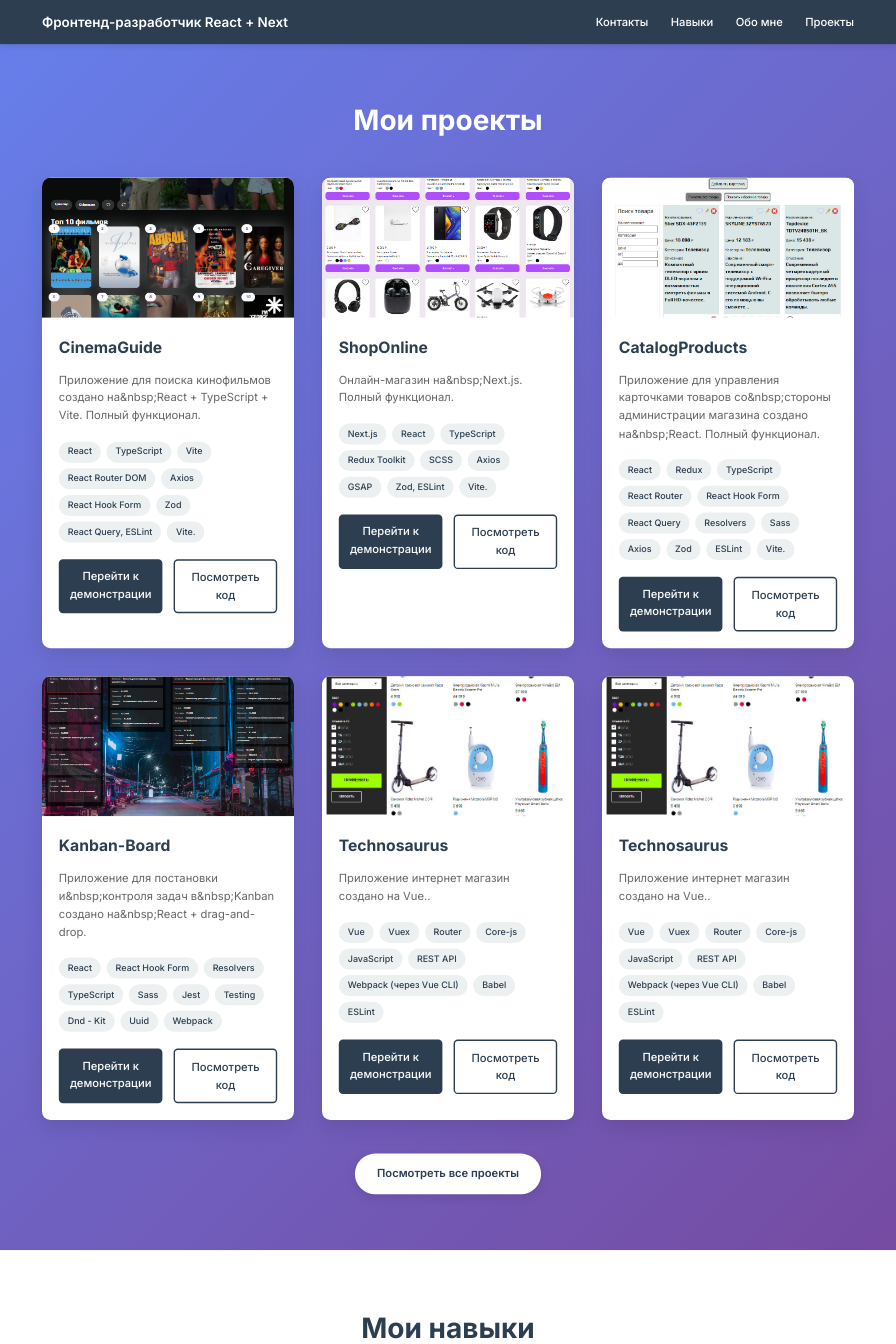
Repository: RostislavZeberg/resume-app
Page: /
The author's editor kept a copy of each file at every save. The page is drawn from the files as they stood at one save, then again after the next save.
The browser window is 1280 px wide. The pictures show the part of the page from y = 0 to 1920 px (the page is 4342 px tall), at 70% of full size.
The project was rebuilt for these pictures with package versions that can differ from the ones it lists, and the page was loaded fresh each time. The framework's server and built-in components were replaced by stand-ins that run in the browser. Also part of the build but not shown: next.config.ts.

Above is the page before, as saved 2025-09-18 19:14:15.

### pages/_app.tsx
import type { AppProps } from 'next/app';
import '../styles/globals.scss';
import Head from 'next/head';

function MyApp({ Component, pageProps }: AppProps) {
  return (
    <>
      <Head>
        <meta name="viewport" content="width=device-width, initial-scale=1" />
        <meta name="theme-color" content="#2c3e50" />
        <meta name="description" content="Резюме фронтенд-разработчика React с 5+ годами опыта. Специализация: React, TypeScript, Next.js, Redux Toolkit." />
        <meta name="keywords" content="React, TypeScript, Next.js, фронтенд-разработчик, резюме" />
        <meta property="og:title" content="Фронтенд-разработчик React" />
        <meta property="og:description" content="Резюме фронтенд-разработчика React с 5+ годами опыта" />
        <meta property="og:type" content="website" />
        <link rel="icon" href="/favicon.ico" />
      </Head>
      <Component {...pageProps} />
    </>
  );
}

export default MyApp;

### pages/_document.tsx
import { Html, Head, Main, NextScript } from 'next/document';

export default function Document() {
  return (
    <Html lang="ru">
      <Head>
        <link rel="preconnect" href="https://fonts.googleapis.com" />
        <link rel="preconnect" href="https://fonts.gstatic.com" crossOrigin="anonymous" />
        <link href="https://fonts.googleapis.com/css2?family=Inter:wght@300;400;500;600;700&display=swap" rel="stylesheet" />

        {/* Фавикон */}
        <link rel="icon" href="/favicon.ico" sizes="any" />
        <link rel="icon" href="/favicon.svg" type="image/svg+xml" />
        <link rel="apple-touch-icon" href="/apple-touch-icon.png" />
        <link rel="manifest" href="/manifest.webmanifest" />

        {/* Мета-теги */}
        <meta name="theme-color" content="#2c3e50" />
        <meta name="description" content="Резюме фронтенд-разработчика React с 5+ годами опыта. Специализация: React, TypeScript, Next.js, Redux Toolkit." />
        <meta name="keywords" content="React, TypeScript, Next.js, фронтенд-разработчик, резюме" />
      </Head>
      <body>
        <Main />
        <NextScript />
      </body>
    </Html>
  );
}

### pages/index.tsx
import Head from 'next/head';
import { NextPage } from 'next';
import Contacts from '../components/Sections/Contacts';
import Skills from '../components/Sections/Skills';
import About from '../components/Sections/About';
import Projects from '../components/Sections/Projects';
import Header from '../components/Layout/Header';

const Home: NextPage = () => {
  return (
    <>
      <Head>
        <title>Фронтенд-разработчик React | Резюме</title>
        <meta name="description" content="Резюме фронтенд-разработчика React с 5+ годами опыта. Специализация: React, TypeScript, Next.js, Redux Toolkit." />
        <meta name="keywords" content="React, TypeScript, Next.js, фронтенд-разработчик, резюме" />
        <meta property="og:title" content="Фронтенд-разработчик React" />
        <meta property="og:description" content="Резюме фронтенд-разработчика React с 5+ годами опыта" />
        <meta property="og:type" content="website" />
        <link rel="icon" href="/favicon.ico" />
      </Head>

      <Header />
      <main>
        <Projects />
        <Skills />
        <About />
        <Contacts />
      </main>
    </>
  );
};

export default Home;

### styles/globals.scss
// Переменные и миксины
@import './variables.scss';
@import './mixins';

// Глобальные стили
* {
  box-sizing: border-box;
  margin: 0;
  padding: 0;
}

html {
  scroll-behavior: smooth;
  scroll-padding-top: 60px;
}

body {
  font-family: 'Inter', 'Arial', sans-serif;
  line-height: 1.6;
  color: $text-color;
  background-color: $background-color;
  padding-top: 60px;
}

.container {
  max-width: 1200px;
  margin: 0 auto;
  padding: 0 20px;
}

section {
  padding: 80px 0;

  h2 {
    text-align: center;
    margin-bottom: 50px;
    font-size: 2.5rem;
    color: $primary-color;
  }
}

// Анимации
@keyframes fadeIn {
  from {
    opacity: 0;
    transform: translateY(20px);
  }
  to {
    opacity: 1;
    transform: translateY(0);
  }
}

.fade-in {
  animation: fadeIn 0.6s ease forwards;
}

// Адаптивность
@include desktop {
  .container {
    max-width: 1200px;
  }
}

@include tablet {
  .container {
    max-width: 100%;
    padding: 0 15px;
  }

  section {
    padding: 60px 0;

    h2 {
      font-size: 2rem;
      margin-bottom: 40px;
    }
  }
}

@include mobile {
  .container {
    padding: 0 10px;
  }

  section {
    padding: 40px 0;

    h2 {
      font-size: 1.8rem;
      margin-bottom: 30px;
    }
  }
}

### components/Sections/Contacts.tsx
import React from 'react';
import Icon from '../UI/Icon';
import styles from '../../styles/sections/contacts.module.scss';
import { contacts } from '@/info/contacts';

const Contacts: React.FC = () => {

  return (
    <section id="contacts" className={styles.contacts}>
      <div className="container">
        <h2>Контакты</h2>
        <div className={styles.contactsGrid}>
          {contacts.map((contact, index) => (
            <a
              key={index}
              href={contact.href}
              className={styles.contactItem}
              target="_blank"
              rel="noopener noreferrer"
            >
              <Icon name={contact.icon} className={styles.contactIcon} />
              <span>{contact.text}</span>
            </a>
          ))}
        </div>
      </div>
    </section>
  );
};

export default Contacts;

### components/Sections/Skills.tsx
import React from 'react';
import styles from '../../styles/sections/skills.module.scss';

const Skills: React.FC = () => {
  const skillCategories = [
    {
      title: 'Основные технологии',
      skills: ['React', 'Redux', 'Redux Toolkit', 'TypeScript', 'Next.js', 'Sass/SCSS']
    },
    {
      title: 'Сборка и инструменты',
      skills: ['Vite', 'Webpack', 'Parcel', 'Gulp', 'Git', 'GitHub']
    },
    {
      title: 'Тестирование',
      skills: ['Unit-тестирование', 'Jest', 'React Testing Library']
    },
    {
      title: 'Дополнительные навыки',
      skills: ['HTTP/REST', 'ООП', 'DRY/KISS', 'WordPress', 'Vue.js', 'SQL', 'Python', 'Docker', 'Linux']
    },
    {
      title: 'Языки',
      skills: ['Английский (B1)']
    }
  ];

  return (
    <section id="skills" className={styles.skills}>
      <div className="container">
        <h2>Мои навыки</h2>
        <div className={styles.skillsGrid}>
          {skillCategories.map((category, index) => (
            <div key={index} className={styles.skillCategory}>
              <h3>{category.title}</h3>
              <ul>
                {category.skills.map((skill, i) => (
                  <li key={i}>{skill}</li>
                ))}
              </ul>
            </div>
          ))}
        </div>
      </div>
    </section>
  );
};

export default Skills;

### components/Sections/Projects.tsx
import React from 'react';
import ProjectCard from '../UI/ProjectCard';
import styles from '../../styles/sections/projects.module.scss';
import { projects } from '@/info/projects';

const Projects: React.FC = () => {
  return (
    <section id="projects" className={styles.projects}>
      <div className="container">
        <h2>Мои проекты</h2>
        <div className={styles.projectsGrid}>
          {projects.map((project, index) => (
            <ProjectCard key={index} project={project} />
          ))}
        </div>
        <div className={styles.viewAll}>
          <a
            href="https://github.com/RostislavZeberg?tab=repositories"
            className={styles.viewAllButton}
            target="_blank"
            rel="noopener noreferrer"
          >
            Посмотреть все проекты
          </a>
        </div>
      </div>
    </section>
  );
};

export default Projects;

### components/Layout/Header.tsx
import React, { useState } from 'react';
import Link from 'next/link';
import styles from '../../styles/layout/header.module.scss';

const Header: React.FC = () => {
  const [isMenuOpen, setIsMenuOpen] = useState(false);

  const toggleMenu = () => {
    setIsMenuOpen(!isMenuOpen);
  };

  return (
    <header className={styles.header}>
      <div className="container">
        <nav className={styles.nav}>
          <div className={styles.logo}>
            <Link href="/">Фронтенд-разработчик React + Next</Link>
          </div>

          <button
            className={`${styles.menuToggle} ${isMenuOpen ? styles.active : ''}`}
            onClick={toggleMenu}
            aria-label="Меню"
          >
            <span></span>
            <span></span>
            <span></span>
          </button>

          <ul className={`${styles.navList} ${isMenuOpen ? styles.active : ''}`}>
            <li><a href="#contacts" onClick={() => setIsMenuOpen(false)}>Контакты</a></li>
            <li><a href="#skills" onClick={() => setIsMenuOpen(false)}>Навыки</a></li>
            <li><a href="#about" onClick={() => setIsMenuOpen(false)}>Обо мне</a></li>
            <li><a href="#projects" onClick={() => setIsMenuOpen(false)}>Проекты</a></li>
          </ul>
        </nav>
      </div>
    </header>
  );
};

export default Header;

### styles/variables.scss
// Цвета
$primary-color: #2c3e50;
$secondary-color: #3498db;
$accent-color: #e74c3c;
$background-color: #f9f9f9;
$text-color: #333;
$light-gray: #ecf0f1;

// Breakpoints
$desktop: 1280px;
$tablet: 1024px;
$small-tablet: 768px;
$mobile: 320px;

### styles/mixins.scss
@mixin desktop {
  @media (min-width: #{$desktop}) {
    @content;
  }
}

@mixin tablet {
  @media (min-width: #{$small-tablet}) and (max-width: #{$tablet}) {
    @content;
  }
}

@mixin small-tablet {
  @media (min-width: #{$mobile}) and (max-width: #{$small-tablet - 1px}) {
    @content;
  }
}

@mixin mobile {
  @media (max-width: #{$mobile}) {
    @content;
  }
}

@mixin flex-center {
  display: flex;
  justify-content: center;
  align-items: center;
}

@mixin card-shadow {
  box-shadow: 0 4px 6px rgba(0, 0, 0, 0.1);
  transition: box-shadow 0.3s ease;

  &:hover {
    box-shadow: 0 10px 20px rgba(0, 0, 0, 0.15);
  }
}

### components/UI/Icon.tsx
import React from 'react';
import Image from 'next/image';

interface IconProps {
  name: string;
  className?: string;
  width?: number;
  height?: number;
}

const Icon: React.FC<IconProps> = ({ name, className = '', width = 24, height = 24 }) => {
  return (
    <Image
      src={`/icons/${name}.svg`}
      alt={`${name} icon`}
      width={width}
      height={height}
      className={className}
    />
  );
};

export default Icon;

### styles/sections/contacts.module.scss
@import '../variables';
@import '../mixins';

.contacts {
  background: linear-gradient(135deg, #f5f7fa 0%, #c3cfe2 100%);
  padding: 100px 0;
}

.contactsGrid {
  display: grid;
  grid-template-columns: repeat(auto-fit, minmax(250px, 1fr));
  gap: 2rem;
  margin-top: 3rem;
}

.contactItem {
  display: flex;
  flex-direction: column;
  align-items: center;
  justify-content: center;
  background: white;
  padding: 2rem;
  border-radius: 12px;
  box-shadow: 0 10px 30px rgba(0, 0, 0, 0.1);
  transition: all 0.3s ease;
  text-decoration: none;
  color: $text-color;

  &:hover {
    transform: translateY(-5px);
    box-shadow: 0 15px 40px rgba(0, 0, 0, 0.15);

    .contactIcon {
      transform: scale(1.1);
    }
  }
}

.contactIcon {
  width: 60px;
  height: 60px;
  margin-bottom: 1rem;
  transition: transform 0.3s ease;
}

// Адаптивность
@include tablet {
  .contactsGrid {
    grid-template-columns: repeat(2, 1fr);
    gap: 1.5rem;
  }
}

@include small-tablet {
  .contactsGrid {
    grid-template-columns: 1fr;
    gap: 1rem;
  }

  .contactItem {
    padding: 1.5rem;
  }
}

@include mobile {
  .contacts {
    padding: 80px 0;
  }

  .contactIcon {
    width: 50px;
    height: 50px;
  }
}

### info/contacts.ts
export const contacts = [
  { icon: 'email', text: 'zeberg@bk.ru', href: 'mailto:zeberg@bk.ru' },
  { icon: 'phone', text: '+7(960)-552-4171', href: 'tel:+79605524171' },
  { icon: 'telegram', text: '@zeberg_jaguar', href: 'https://t.me/zeberg_jaguar' },
  { icon: 'github', text: 'GitHub', href: 'https://github.com/RostislavZeberg?tab=repositories' }
];

### styles/sections/skills.module.scss
@import '../variables';
@import '../mixins';

.skills {
  background-color: white;
}

.skillsGrid {
  display: grid;
  grid-template-columns: repeat(auto-fit, minmax(300px, 1fr));
  gap: 2rem;
}

.skillCategory {
  background: $light-gray;
  padding: 2rem;
  border-radius: 12px;
  box-shadow: 0 5px 15px rgba(0, 0, 0, 0.05);

  h3 {
    color: $primary-color;
    margin-bottom: 1.5rem;
    font-size: 1.3rem;
    position: relative;
    padding-bottom: 0.5rem;

    &::after {
      content: '';
      position: absolute;
      bottom: 0;
      left: 0;
      width: 40px;
      height: 3px;
      background: $secondary-color;
    }
  }

  ul {
    list-style: none;
  }

  li {
    margin-bottom: 0.8rem;
    padding-left: 1.5rem;
    position: relative;

    &::before {
      content: '▹';
      position: absolute;
      left: 0;
      color: $secondary-color;
    }
  }
}

// Адаптивность
@include tablet {
  .skillsGrid {
    grid-template-columns: repeat(2, 1fr);
    gap: 1.5rem;
  }
}

@include small-tablet {
  .skillsGrid {
    grid-template-columns: 1fr;
    gap: 1rem;
  }

  .skillCategory {
    padding: 1.5rem;
  }
}

@include mobile {
  .skillCategory {
    padding: 1.2rem;

    h3 {
      font-size: 1.2rem;
    }
  }
}

### styles/sections/about.module.scss
@import '../variables';
@import '../mixins';

.about {
  background-color: $light-gray;
}

.aboutContent {
  max-width: 800px;
  margin: 0 auto;

  p {
    margin-bottom: 1.5rem;
    line-height: 1.8;
    text-align: justify;
  }
}

// Адаптивность
@include tablet {
  .aboutContent {
    padding: 0 1rem;
  }
}

@include mobile {
  .aboutContent p {
    text-align: left;
  }
}

### components/UI/ProjectCard.tsx
import React from 'react';
import Image from 'next/image';
import styles from '../../styles/ui/project-card.module.scss';

interface Project {
  name: string;
  description: string;
  demoLink: string;
  codeLink: string;
  technologies: string[];
}

interface ProjectCardProps {
  project: Project;
}

const ProjectCard: React.FC<ProjectCardProps> = ({ project }) => {
  return (
    <div className={styles.projectCard}>
      <div className={styles.projectImage}>
        <a href={project.demoLink} target="_blank" rel="noopener noreferrer">
          <Image
            src={`/images/projects/${project.name.toLowerCase()}.jpg`}
            alt={project.name}
            fill
            style={{ objectFit: 'cover' }}
            sizes="(max-width: 768px) 100vw, (max-width: 1200px) 50vw, 33vw"
          />
        </a>
      </div>
      <div className={styles.projectContent}>
        <h3>{project.name}</h3>
        <p>{project.description}</p>
        <div className={styles.technologies}>
          {project.technologies.map((tech, index) => (
            <span key={index} className={styles.techTag}>{tech}</span>
          ))}
        </div>
        <div className={styles.projectActions}>
          <a
            href={project.demoLink}
            className={styles.demoButton}
            target="_blank"
            rel="noopener noreferrer"
          >
            Перейти к демонстрации
          </a>
          <a
            href={project.codeLink}
            className={styles.codeButton}
            target="_blank"
            rel="noopener noreferrer"
          >
            Посмотреть код
          </a>
        </div>
      </div>
    </div>
  );
};

export default ProjectCard;

### styles/sections/projects.module.scss
@import '../variables';
@import '../mixins';

.projects {
  background: linear-gradient(135deg, #667eea 0%, #764ba2 100%);
  color: white;

  h2 {
    color: white;
  }
}

.projectsGrid {
  display: grid;
  grid-template-columns: repeat(auto-fit, minmax(350px, 1fr));
  gap: 2.5rem;
  margin-bottom: 3rem;
}

.viewAll {
  text-align: center;
  margin-top: 3rem;
}

.viewAllButton {
  display: inline-block;
  padding: 1rem 2rem;
  background: white;
  color: $primary-color;
  text-decoration: none;
  border-radius: 30px;
  font-weight: 600;
  transition: all 0.3s ease;
  box-shadow: 0 5px 15px rgba(0, 0, 0, 0.1);

  &:hover {
    transform: translateY(-3px);
    box-shadow: 0 10px 25px rgba(0, 0, 0, 0.2);
    background: $accent-color;
    color: white;
  }
}

// Адаптивность
@include tablet {
  .projectsGrid {
    grid-template-columns: repeat(2, 1fr);
    gap: 2rem;
  }
}

@include small-tablet {
  .projectsGrid {
    grid-template-columns: 1fr;
    gap: 1.5rem;
  }
}

@include mobile {
  .projectsGrid {
    grid-template-columns: 1fr;
    gap: 1.5rem;
  }

  .viewAllButton {
    padding: 0.8rem 1.5rem;
    font-size: 0.9rem;
  }
}

### info/projects.ts
export const projects = [
  {
    name: 'CinemaGuide',
    description: 'Приложение для поиска кинофильмов создано на&nbsp;React + TypeScript + Vite. Полный функционал.',
    demoLink: 'https://rostislavzeberg.github.io/CinemaGuide',
    codeLink: 'https://github.com/RostislavZeberg/CinemaGuide/tree/dev',
    technologies: ['React', 'TypeScript', 'Vite', 'React Router DOM', 'Axios', 'React Hook Form', 'Zod', 'React Query, ESLint', 'Vite.']
  },
  {
    name: 'ShopOnline',
    description: 'Онлайн-магазин на&nbsp;Next.js. Полный функционал.',
    demoLink: 'https://shop-online-omega.vercel.app/',
    codeLink: 'https://github.com/RostislavZeberg/ShopOnline',
    technologies: ['Next.js', 'React', 'TypeScript', 'Redux Toolkit', 'SCSS', 'Axios', 'GSAP', 'Zod, ESLint', 'Vite.']
  },
  {
    name: 'CatalogProducts',
    description: 'Приложение для управления карточками товаров со&nbsp;стороны администрации магазина создано на&nbsp;React. Полный функционал.',
    demoLink: 'https://rostislavzeberg.github.io/CatalogProducts',
    codeLink: 'https://github.com/RostislavZeberg/CatalogProducts',
    technologies: ['React', 'Redux', 'TypeScript', 'React Router', 'React Hook Form', 'React Query', 'Resolvers', 'Sass', 'Axios', 'Zod',
      'ESLint', 'Vite.']
  },
  {
    name: 'Kanban-Board',
    description: 'Приложение для постановки и&nbsp;контроля задач в&nbsp;Kanban создано на&nbsp;React + drag-and-drop.',
    demoLink: 'https://shop-online-omega.vercel.app/',
    codeLink: 'https://github.com/RostislavZeberg/ShopOnline',
    technologies: ['React', 'React Hook Form', 'Resolvers', 'TypeScript', 'Sass', 'Jest', 'Testing', 'Dnd - Kit', 'Uuid', 'Webpack']
  },
  {
    name: 'Technosaurus',
    description: 'Приложение интернет магазин создано на Vue..',
    demoLink: 'https://rostislavzeberg.github.io/Technosaurus/#/',
    codeLink: 'https://github.com/RostislavZeberg/Technosaurus',
    technologies: ['Vue', 'Vuex', 'Router', 'Core-js', 'JavaScript', 'REST API', 'Webpack (через Vue CLI)', 'Babel', 'ESLint']
  },
  {
    name: 'Technosaurus',
    description: 'Приложение интернет магазин создано на Vue..',
    demoLink: 'https://rostislavzeberg.github.io/Technosaurus/#/',
    codeLink: 'https://github.com/RostislavZeberg/Technosaurus',
    technologies: ['Vue', 'Vuex', 'Router', 'Core-js', 'JavaScript', 'REST API', 'Webpack (через Vue CLI)', 'Babel', 'ESLint']
  },
];

### styles/layout/header.module.scss
@import '../variables';
@import '../mixins';

.header {
  background-color: $primary-color;
  color: white;
  position: fixed;
  top: 0;
  left: 0;
  right: 0;
  z-index: 1000;
  box-shadow: 0 2px 10px rgba(0, 0, 0, 0.1);
}

.nav {
  display: flex;
  justify-content: space-between;
  align-items: center;
  padding: 1rem 0;
}

.logo {
  a {
    color: white;
    text-decoration: none;
    font-weight: 600;
    font-size: 1.2rem;

    &:hover {
      color: $accent-color;
    }
  }
}

.navList {
  display: flex;
  list-style: none;
  gap: 2rem;

  a {
    color: white;
    text-decoration: none;
    font-weight: 500;
    transition: color 0.3s ease;

    &:hover {
      color: $accent-color;
    }
  }
}

.menuToggle {
  display: none;
  flex-direction: column;
  justify-content: space-around;
  width: 2rem;
  height: 2rem;
  background: transparent;
  border: none;
  cursor: pointer;
  padding: 0;

  span {
    width: 2rem;
    height: 0.25rem;
    background: white;
    border-radius: 10px;
    transition: all 0.3s linear;
    position: relative;
    transform-origin: 1px;
  }
}

// Адаптивность
@include tablet {
  .navList {
    gap: 1.5rem;
  }
}

@include small-tablet {
  .menuToggle {
    display: flex;
    z-index: 1001;
  }

  .navList {
    position: fixed;
    top: 0;
    right: 0;
    height: 100vh;
    width: 70%;
    background: $primary-color;
    flex-direction: column;
    justify-content: center;
    align-items: center;
    transform: translateX(100%);
    transition: transform 0.3s ease-in-out;

    &.active {
      transform: translateX(0);
    }
  }

  .menuToggle.active {
    span:nth-child(1) {
      transform: rotate(45deg);
    }

    span:nth-child(2) {
      opacity: 0;
    }

    span:nth-child(3) {
      transform: rotate(-45deg);
    }
  }
}

@include mobile {
  .logo a {
    font-size: 1rem;
  }
}

Loaded but not shown: styles/ui/project-card.module.scss (137 lines, source omitted); components/Sections/About.tsx (42 lines, source omitted)

After the next save:
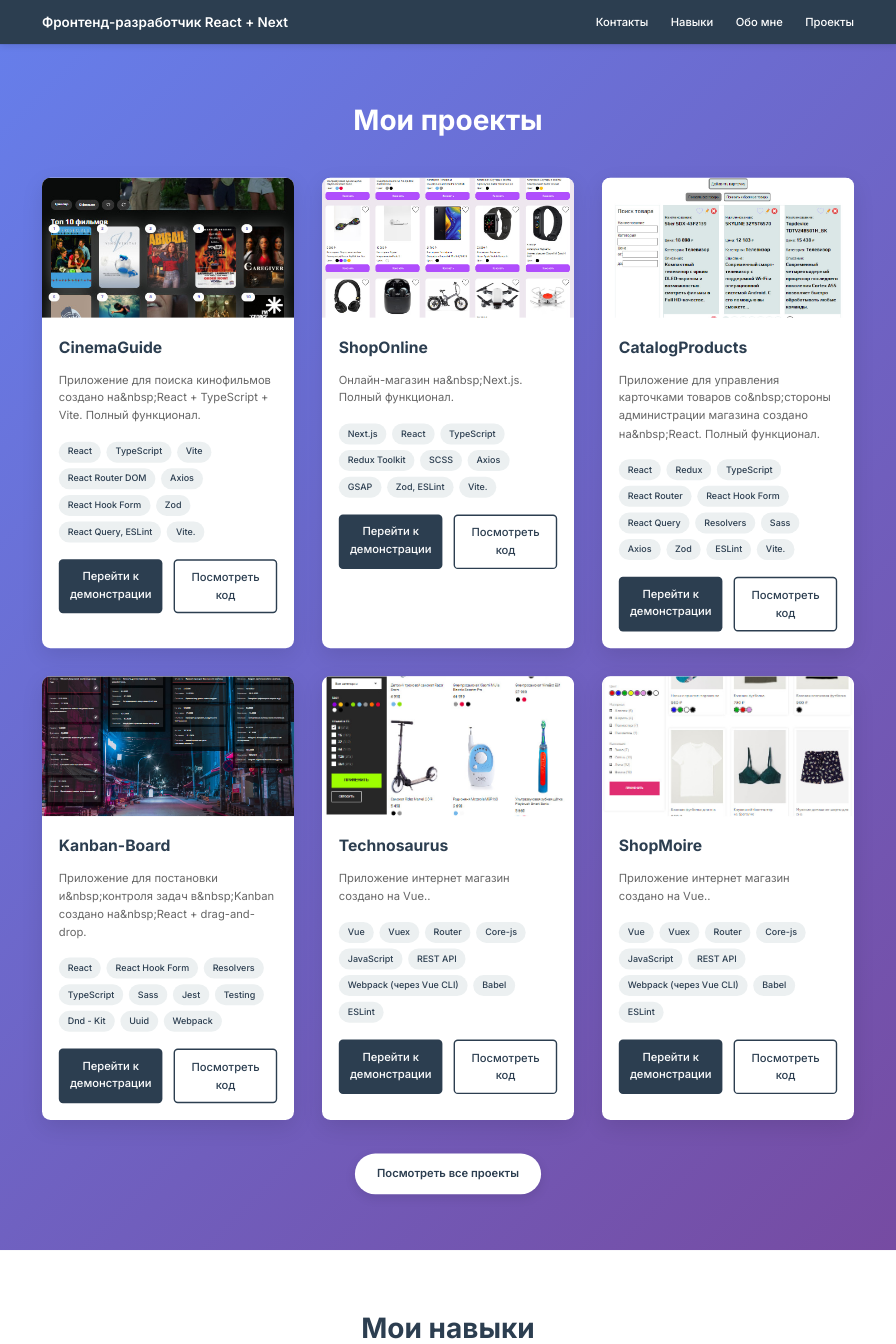
Saved 2 min 7 s later.
--- a/info/projects.ts
+++ b/info/projects.ts
@@ -36,10 +36,10 @@ export const projects = [
     technologies: ['Vue', 'Vuex', 'Router', 'Core-js', 'JavaScript', 'REST API', 'Webpack (через Vue CLI)', 'Babel', 'ESLint']
   },
   {
-    name: 'Technosaurus',
+    name: 'ShopMoire',
     description: 'Приложение интернет магазин создано на Vue..',
-    demoLink: 'https://rostislavzeberg.github.io/Technosaurus/#/',
-    codeLink: 'https://github.com/RostislavZeberg/Technosaurus',
+    demoLink: 'https://rostislavzeberg.github.io/ShopMoire/#/',
+    codeLink: 'https://github.com/RostislavZeberg/ShopMoire',
     technologies: ['Vue', 'Vuex', 'Router', 'Core-js', 'JavaScript', 'REST API', 'Webpack (через Vue CLI)', 'Babel', 'ESLint']
   },
 ];
